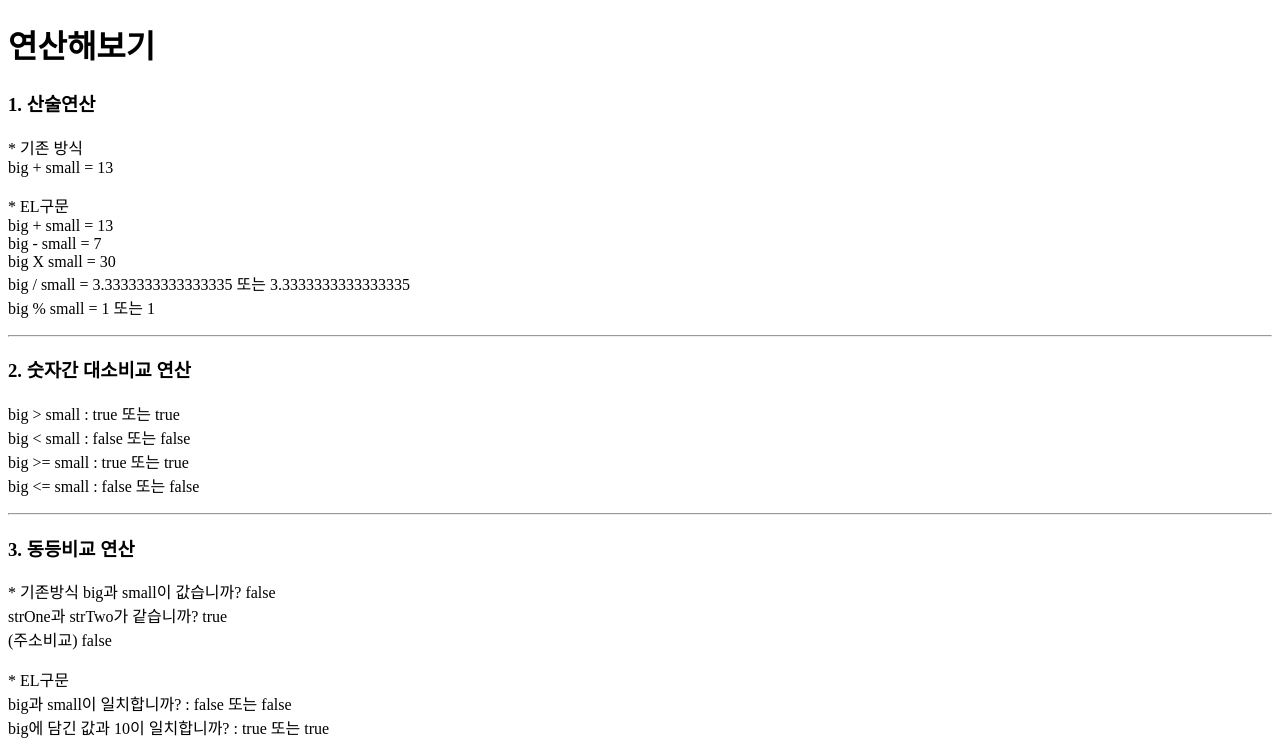
Repository: judeyong/myWebWorkSpace2
Page: http://localhost/Action_Project/operation.do
These files come from the project's save history. The page is drawn as it stood at one moment and after the next save; the edit follows.
The browser window is 1280 px wide. The pictures show the whole page.
The page is served by Tomcat 9. Other server files are loaded and not shown.

Above is the page before, as saved 2024-04-03 02:28:27.

### Action_Project/WebContent/views/02_elOperation.jsp
<%@ page language="java" contentType="text/html; charset=UTF-8"
    pageEncoding="UTF-8"%>
<!DOCTYPE html>
<html>
<head>
<meta charset="UTF-8">
<title>Insert title here</title>
</head>
<body>

	<h1>연산해보기</h1>
	<h3>1. 산술연산</h3>

	<p>
		* 기존 방식 <br>
		big + small = <%= (int)request.getAttribute("big") + (int)request.getAttribute("small") %>
	</p>

	<p>
		* EL구문<br>
		big + small = ${ big + small } <br>
		big - small = ${ big - small } <br>
		big X small = ${ big * small } <br>
		big / small = ${ big / small } 또는 ${ big div small }<br>
		big % small = ${ big % small } 또는 ${ big mod small }<br>
	</p>

	<hr>

	<h3>2. 숫자간 대소비교 연산</h3>

	<p>
		big &gt; small : ${ big > small } 또는 ${ big gt small } <br>
		big &lt; small : ${ big < small } 또는 ${ gib lt small } <br>
		big &gt;= small : ${ big >= small } 또는 ${ big ge small } <br>
		big &lt;= small : ${ big <= small } 또는 ${ big le small } <br>
	</p>

	<hr>

	<h3>3. 동등비교 연산</h3>

	<p>
		* 기존방식
		big과 small이 값습니까?
		<%= (int)request.getAttribute("big") == (int)request.getAttribute("small") %> <br>
		strOne과 strTwo가 같습니까?
		<%= ((String)request.getAttribute("strOne")).equals((String)request.getAttribute("strTwo")) %> <br>
		(주소비교)
		<%= (String)request.getAttribute("strOne") == (String)request.getAttribute("strTwo") %> <br>
	</p>

	<p>
		* EL구문 <br>
		big과 small이 일치합니까? : ${ big == small } 또는 ${ big eq small }<br>
		big에 담긴 값과 10이 일치합니까? : ${ big == 10 } 또는 ${ big eq 10 }<br>

	</p>




























</body>
</html>

### Action_Project/src/com/kh/controller/OperationServlet.java
package com.kh.controller;

import java.io.IOException;
import java.util.ArrayList;

import javax.servlet.ServletException;
import javax.servlet.annotation.WebServlet;
import javax.servlet.http.HttpServlet;
import javax.servlet.http.HttpServletRequest;
import javax.servlet.http.HttpServletResponse;

import com.kh.model.vo.Person;

/**
 * Servlet implementation class OperationServlet
 */
@WebServlet("/operation.do")
public class OperationServlet extends HttpServlet {
	private static final long serialVersionUID = 1L;

    /**
     * @see HttpServlet#HttpServlet()
     */
    public OperationServlet() {
        super();
        // TODO Auto-generated constructor stub
    }

	/**
	 * @see HttpServlet#doGet(HttpServletRequest request, HttpServletResponse response)
	 */
	protected void doGet(HttpServletRequest request, HttpServletResponse response) throws ServletException, IOException {

		// 테스트 할 수 있는 값 넘기기
		request.setAttribute("big", 10);
		request.setAttribute("small", 3);

		request.setAttribute("strOne", "안녕");
		request.setAttribute("strTwo", new String("안녕"));

		request.setAttribute("personOne", new Person("홍길동", 15, "한양"));
		request.setAttribute("personTwo", null);

		ArrayList<String> list1 = new ArrayList();
		request.setAttribute("listOne", list1);

		ArrayList<String> list2 = new ArrayList();
		list2.add("ㅎㅇ");
		request.setAttribute("listTwo", list2);

		// 일단 여기까지 requestScope에 총 8개의 값을 담았음
		request.getRequestDispatcher("views/02_elOperation.jsp").forward(request, response);

	}

	/**
	 * @see HttpServlet#doPost(HttpServletRequest request, HttpServletResponse response)
	 */
	protected void doPost(HttpServletRequest request, HttpServletResponse response) throws ServletException, IOException {
		// TODO Auto-generated method stub
		doGet(request, response);
	}

}

### Action_Project/src/com/kh/model/vo/Person.java
package com.kh.model.vo;

public class Person {

	private String name;
	private int age;
	private String address;

	public Person() {
		super();
	}

	public Person(String name, int age, String address) {
		super();
		this.name = name;
		this.age = age;
		this.address = address;
	}

	public String getName() {
		return name;
	}

	public void setName(String name) {
		this.name = name;
	}

	public int getAge() {
		return age;
	}

	public void setAge(int age) {
		this.age = age;
	}

	public String getAddress() {
		return address;
	}

	public void setAddress(String address) {
		this.address = address;
	}

	@Override
	public String toString() {
		return "Person [name=" + name + ", age=" + age + ", address=" + address + "]";
	}

}

After the next save:
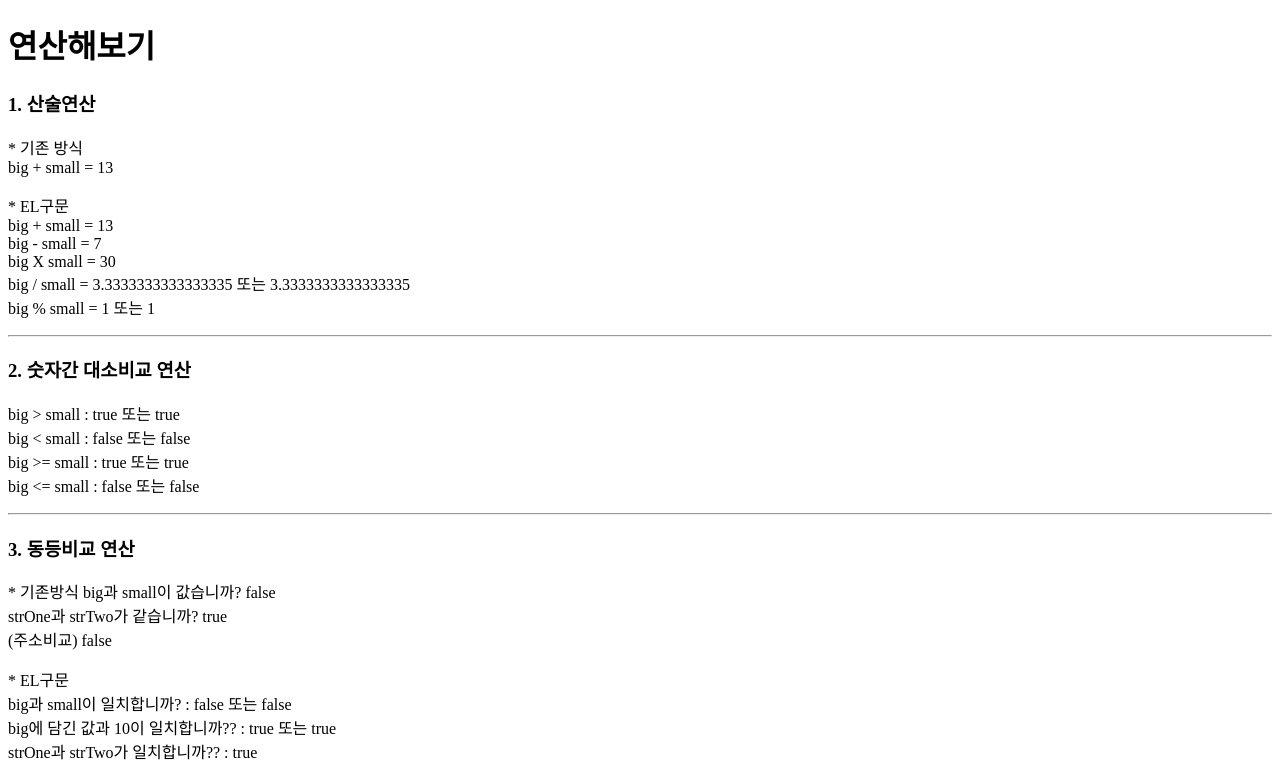
Saved 96 s later.
--- a/Action_Project/WebContent/views/02_elOperation.jsp
+++ b/Action_Project/WebContent/views/02_elOperation.jsp
@@ -53,8 +53,8 @@
 	<p>
 		* EL구문 <br>
 		big과 small이 일치합니까? : ${ big == small } 또는 ${ big eq small }<br>
-		big에 담긴 값과 10이 일치합니까? : ${ big == 10 } 또는 ${ big eq 10 }<br>
-
+		big에 담긴 값과 10이 일치합니까??  : ${ big == 10 } 또는 ${ big eq 10 }<br>
+		strOne과 strTwo가 일치합니까?? : ${ strOne == strTwo }
 	</p>
 
 
